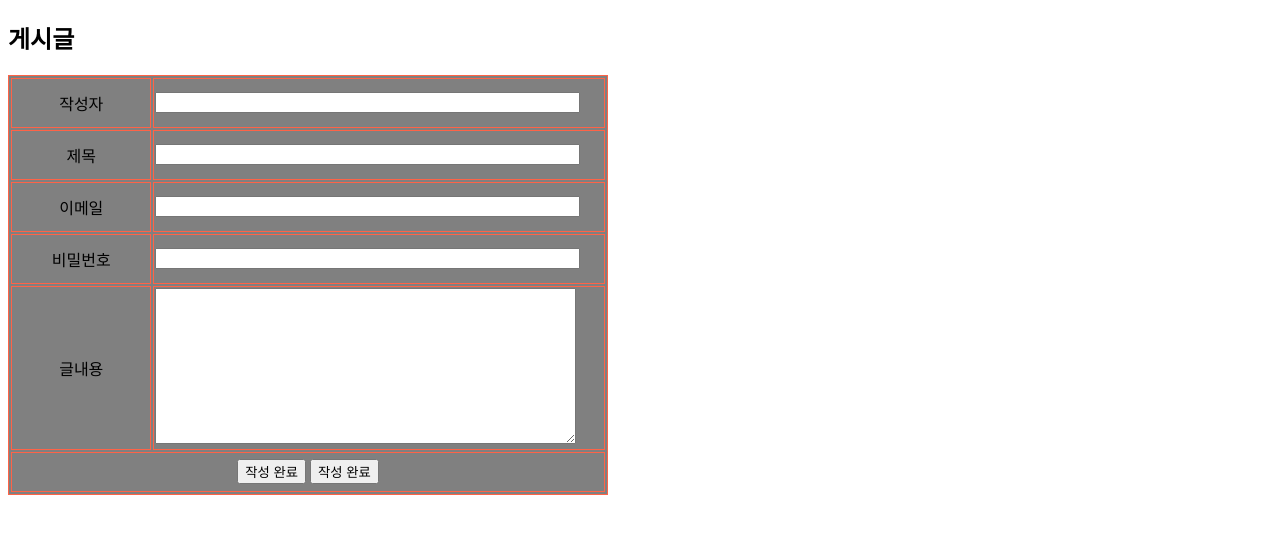
Repository: BartsimisraB/JavaPractice_
Page: http://localhost/A01_16_3/boardform.jsp
The author's editor kept a copy of each file at every save. The page is drawn from the files as they stood at one save, then again after the next save.
The browser window is 1280 px wide. The pictures show the whole page.
The page is served by Tomcat 9. Other server files are loaded and not shown.

Above is the page before, as saved 2023-01-16 07:00:50.

### A01_16_3/src/main/webapp/boardform.jsp
<%@ page language="java" contentType="text/html; charset=UTF-8"
    pageEncoding="UTF-8"%>
<!DOCTYPE html>
<html>
<head>
<meta charset="UTF-8">
<title>Insert title here</title>
</head>
<body>
<h2>게시글</h2>
<form action="boardwriteform.jsp" method="post">
	<table width="600" border="1" bordercolor="tomato" bgcolor="gray">
		<tr height="50">
			<td width="150" align="center">작성자</td>
			<td width="450"><input type="text" name="writer" size="50"></td>
		</tr>
		<tr height="50">
			<td width="150" align="center">제목</td>
			<td width="450"><input type="text" name="subject" size="50"></td>
		</tr>
		<tr height="50">
			<td width="150" align="center">이메일</td>
			<td width="450"><input type="email" name="email" size="50"></td>
		</tr>
		<tr height="50">
			<td width="150" align="center">비밀번호</td>
			<td width="450"><input type="password" name="password" size="50"></td>
		</tr>
		<tr height="50">
			<td width="150" align="center">글내용</td>
			<td width="450">
				<textarea rows="10" cols="50" name="content" size="60"></textarea>
			</td>
		</tr>
		<tr height="40">
			<td align="center" colspan="2">
				<input type="submit" value="작성 완료">
				<input type="submit" value="작성 완료">
			</td>
		</tr>
	</table>
</form>
</body>
</html>

After the next save:
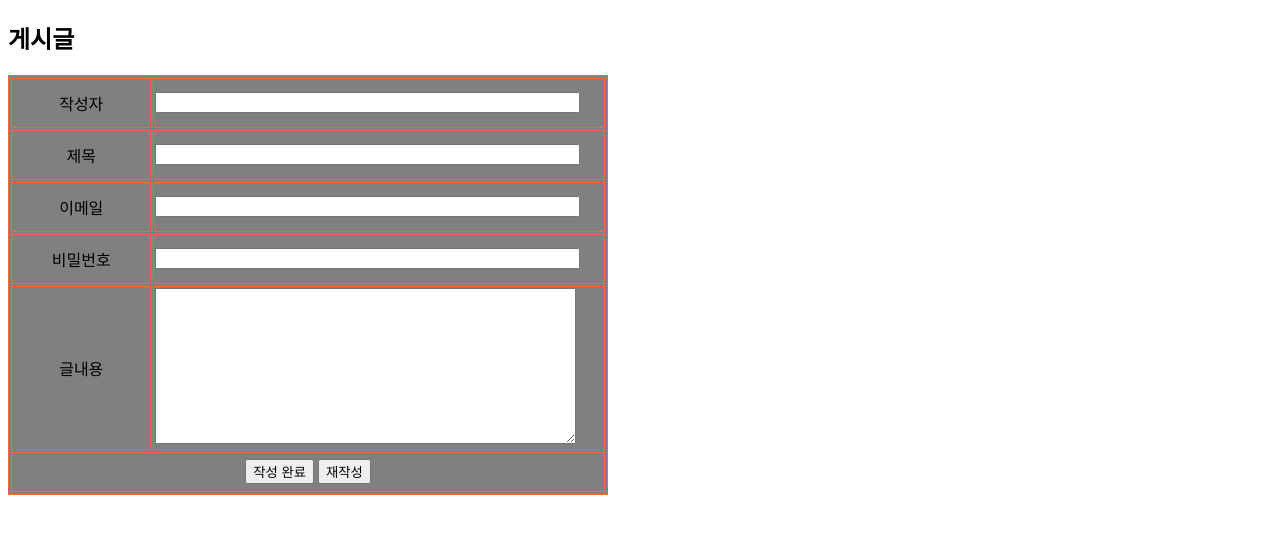
Saved 12 s later.
--- a/A01_16_3/src/main/webapp/boardform.jsp
+++ b/A01_16_3/src/main/webapp/boardform.jsp
@@ -35,7 +35,7 @@
 		<tr height="40">
 			<td align="center" colspan="2">
 				<input type="submit" value="작성 완료">
-				<input type="submit" value="작성 완료">
+				<input type="reset" value="재작성">
 			</td>
 		</tr>
 	</table>
